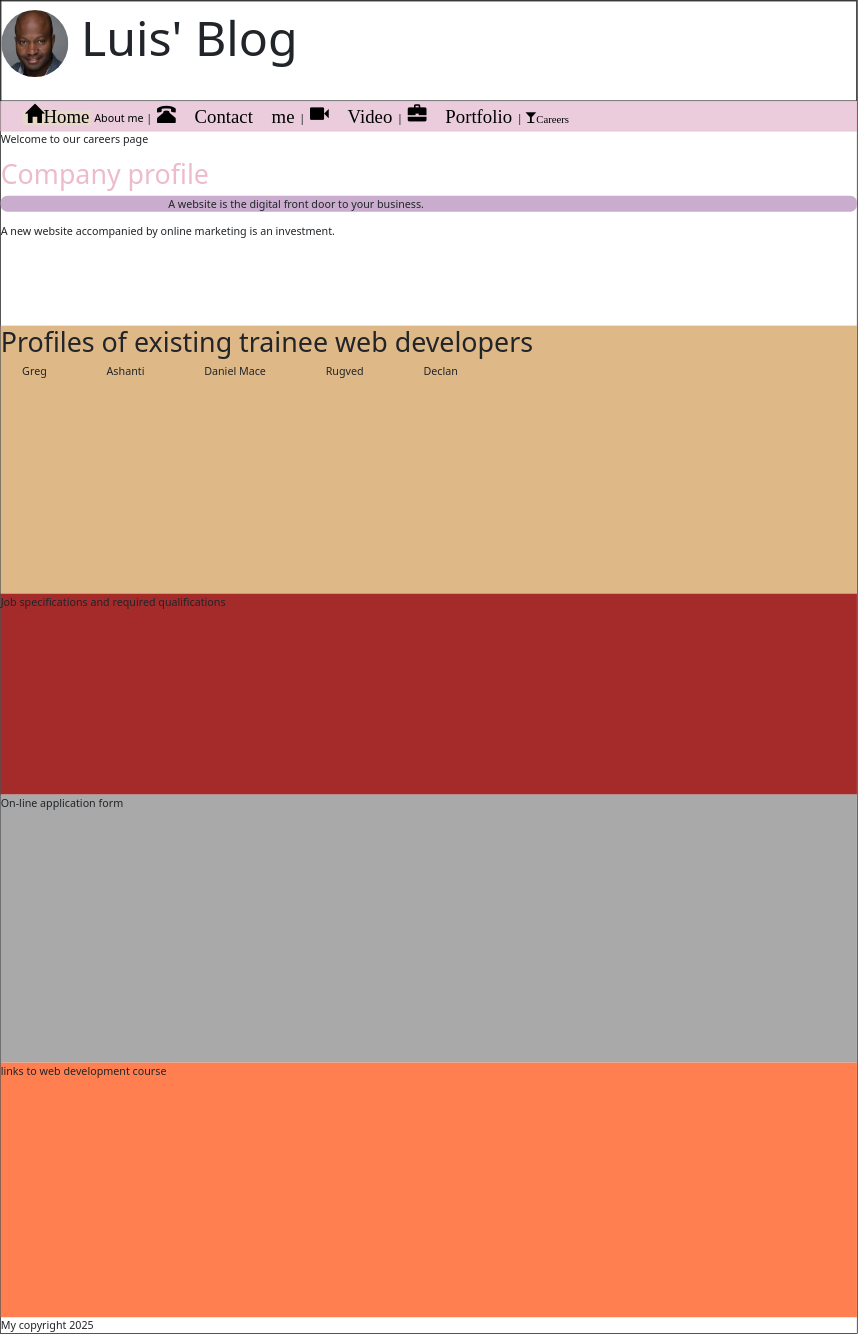
Repository: wduluis/wduluis.github.io
Page: careers.html
The author's editor kept a copy of each file at every save. The page is drawn from the files as they stood at one save, then again after the next save.
The browser window is 1280 px wide. The pictures show the whole page, at 67% of full size.

Above is the page before, as saved 2025-05-09 12:21:38.

### careers.html
<!doctype html>
<html lang="en-GB">

<head>
<meta charset="utf-8" />
<meta name="viewport" content="width=width-device, initial-scale=1 strink-to-fit=no" />
<meta description="Website development, Web design" />
<title>Luis's Blog </title>
<link rel="stylesheet" type="text/css" href="mycss/myblog.css" />
<script type="text/javascript" src="myjsfiles/mytasks.js"/> </script>

<link rel="stylesheet" type="text/css" href="my_bootstrap/css/bootstrap.min.css" />

<link rel="stylesheet" type="text/css" href="glyphicons-only-bootstrap/css/bootstrap.min.css" />

<script type="text/javascript" src="my_bootstrap/js/bootstrap.min.js" /> </script>

<script type="text/javascript" src="my_jquery/jquery-3.7.1.min.js" /> </script>




</head>
<body>
<div id="mypage">
<div id="banner"> <img src="images/luis_photo.jpg" alt="photo of Luis Ibhiabor" width="100" height="100"/> Luis' Blog</div>
<div id="topnav">
<ul>
<li class="hm"> <a href="index.html" class="glyphicon glyphicon-home gi-2x">Home</a></li>
<li> <a href="aboutus.html"> About me </a> </li> |
<li> <a href="contacts.html" class="glyphicon glyphicon-phone-alt gi-2x"> Contact me </a> </li> |
<li> <a href="video.html" class="glyphicon glyphicon glyphicon-facetime-video gi-2x"> Video </a> </li> |
<li> <a href="portfolio.html" class="glyphicon glyphicon glyphicon-briefcase gi-2x"> Portfolio </a> </li> |
<li> <a href="careers.html" class="glyphicon glyphicon-glass g1-2x">Careers</a></li>

</ul>
</div>

<div id="contentarea">
<p> Welcome to our careers page</p>

<div class="company_profile">
    <h1>Company profile</h1>
    <p id="pp1">A website is the digital front door to your business.</p>
    <p class="pp2">A new website accompanied by online marketing is an investment.</p>


</div>

<div class="current_trainees"><h1>Profiles of existing trainee web developers</h1>
<ul>
    <li class="name">Greg</li>
    <li class="name">Ashanti</li>
    <li class="name">Daniel Mace</li>
    <li class="name">Rugved</li>
    <li class="name">Declan</li>
</ul>


</div>

<div class="job_spec"><p>Job specifications and required qualifications</p></div>
<div class="application_form"><p>On-line application form</p></div>

<div class="our_courses"><p>links to web development course</p></div>

 </div>

<div id="pagefooter"> My copyright 2025 </div>

</div>
</body>
</html>

### mycss/myblog.css

body {
background-color: #fff;
font-family: Arial, Helvetica, sans-serif;
}

#mypage {
border: 1px solid #000;
/* width: 1400px; */
width: 100%;
}

#banner {
height: 150px;
border: 1px solid #000;
}

#topnav {
height: 45px;
border: 1px solid #edbcca;
}

/*Improving it starts here*/
#topnav {
background-color: #eaccdc;

}

.gi-2x{font-size: 28px; padding: 3px;}
.gi-3x{font-size: 3em;}
.gi-4x{font-size: 4em;}
.gi-5x{font-size: 5em;}


#banner img {
border-radius: 50%;

/*height: 100px; width: 100px; background-color: #ff5733; margin: auto;*/
}

/*Improving it ends here*/


#topnav ul li{
text-decoration: none;
display: inline;
}

#topnav a:link {
text-decoration: none;
color: #000;
}

#topnav a:visited {
color: #caadce;
}

#topnav a:hover {
background-color: #000;
}

#contentarea {
height: auto;
/* height: 700px; */

}


#banner {
font-size: 450%;

}

.hm {
height: 25px;
background-color: #e8d8c8;
}




/*
#topnav ul li {
text-decoration: none;
display: inline;

}

https://developers.google.com/fonts/docs/getting_started

#mypage {


border: 1px solid #000;
}

*/

.company_profile {
    width: 100%;
    height: 250px;
    /* background-color: #c8def2; */
    /* border-radius: 8px;
    margin: 10px; */
}

.current_trainees {
    width: 100%;
    height: 400px;
    background-color:burlywood;
}

.job_spec {
    width: 100%;
    height: 300px;
    background-color:brown;
}

.application_form {
    width: 100%;
    height: 400px;
    background-color:darkgray;
}

.our_courses {
    width: 100%;
    height: 380px;
    background-color: coral;
}

.current_trainees ul li{
    display: inline;
    margin-right: 85px;
}

.company_profile h1 {
    color: #edbcca;
}

.company_profile #pp1 {
     padding-left: 250px;
     border-radius: 10px;
     background-color: #caadce;
}

.company_profile pp2 {
    color: #fff;
    padding-left: none !important;
}

### myjsfiles/mytasks.js
/*
document.write("Hello World!");
window.alert("Welcome to my blog!");
*/

Loaded but not shown: my_bootstrap/css/bootstrap.min.css (library); glyphicons-only-bootstrap/css/bootstrap.min.css (library); my_bootstrap/js/bootstrap.min.js (library); my_jquery/jquery-3.7.1.min.js (library)

After the next save:
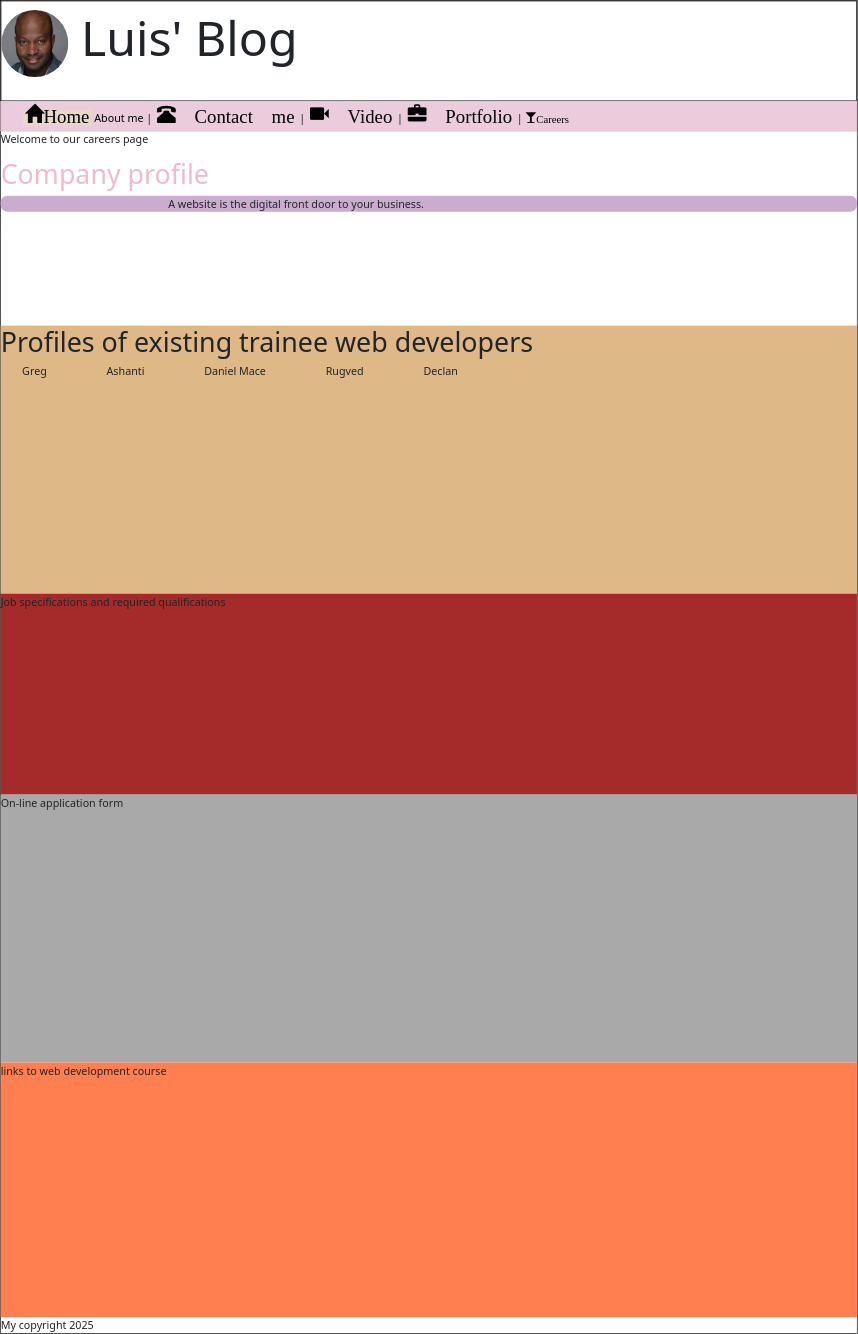
Saved 23 s later.
--- a/mycss/myblog.css
+++ b/mycss/myblog.css
@@ -143,7 +143,7 @@ border: 1px solid #000;
      background-color: #caadce;
 }
 
-.company_profile pp2 {
+.company_profile .pp2 {
     color: #fff;
     padding-left: none !important;
 }
